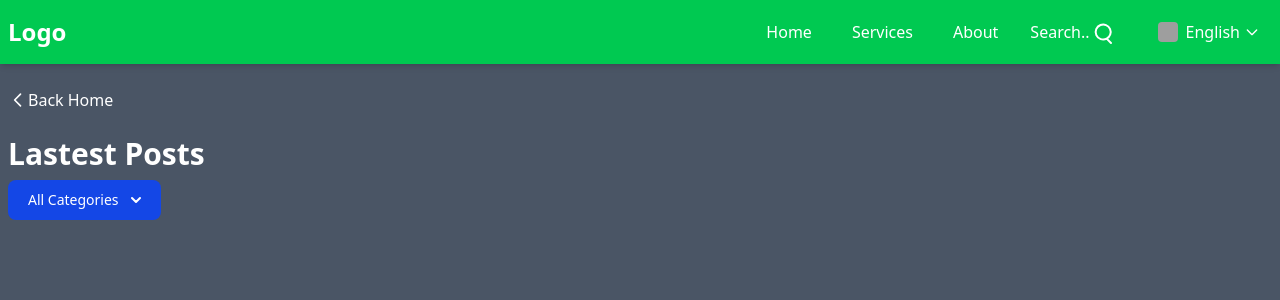
Repository: saroeuntola/we-share
Page: http://localhost/last-post?lang=en
These files come from the project's save history. The page is drawn as it stood at one moment and after the next save; the edit follows.
The browser window is 1280 px wide. The pictures show the whole page.
Pictures or frames that could not be fetched are drawn as grey boxes. The page is run by PHP 8.4 with error messages shown; the project is at /var/www/html/. Style sheets and scripts are compiled from the project's sources, by tool versions that may differ from the author's. Queries for data that is not in the repository find no rows.

Above is the page before, as saved 2025-08-28 19:51:19.

### last-post.php
<?php
include './admin/lib/db.php';
include './admin/lib/post_lib.php';
include './admin/lib/category_lib.php';
include './admin/lib/subcategory_lib.php';

$postModel = new Post();
$categoryModel = new Category();
$subcategoryModel = new Subcategory();

// --- FILTERS ---
$categorySlug = $_GET['category'] ?? null;
$subcategorySlug = $_GET['subcategory'] ?? null;

$categoryId = null;
$subcategoryId = null;
$subcategories = [];

// Get category
if ($categorySlug) {
    $cat = $categoryModel->getCategory($categorySlug);
    $categoryId = $cat['id'] ?? null;

    if ($categoryId) {
        $subcategories = $subcategoryModel->getSubcategoriesByCategory($categoryId);
    }
}

// Get subcategory
if ($subcategorySlug && $categoryId) {
    $sub = $subcategoryModel->getSubcategory($subcategorySlug);
    $subcategoryId = $sub['id'] ?? null;
}

// --- GET POSTS ---
$allPosts = array_filter($postModel->getPosts(), function ($p) use ($categoryId, $subcategoryId) {
    if ($categoryId && $p['category_id'] != $categoryId) return false;
    if ($subcategoryId && $p['subcategory_id'] != $subcategoryId) return false;
    return true;
});

// Sort descending
usort($allPosts, fn($a, $b) => strtotime($b['created_at']) - strtotime($a['created_at']));
?>
<!DOCTYPE html>
<html lang="en">

<head>
    <meta charset="UTF-8">
    <meta name="viewport" content="width=device-width, initial-scale=1.0">
    <title>Lastest Posts</title>
    <link rel="stylesheet" href="./assets/css/output.css">
    <link rel="stylesheet" href="./assets/css/custom.css">
</head>

<body class="bg-gray-600">
    <header class="fixed z-10 w-full" id="header">
        <?php
        include 'head-bar.php'
        ?>
    </header>
    <main class="max-w-7xl m-auto p-2 mt-[80px]">
        <div class="">
            <a href="index?lang=<?= $lang ?>"
                class="inline-flex justify-end items-center text-white hover:text-green-400 transition mb-6 <?= $lang === 'kh' ? 'khmer-font' : '' ?>">
                <!-- Arrow Icon -->
                <svg class="w-5 h-5" fill="none" stroke="currentColor" stroke-width="2"
                    viewBox="0 0 24 24" xmlns="http://www.w3.org/2000/svg">
                    <path stroke-linecap="round" stroke-linejoin="round" d="M15 19l-7-7 7-7" />
                </svg>
                <?= $lang === 'en' ? 'Back Home' : 'ត្រឡប់ទៅទំព័រដើម' ?>
            </a>
            <h1 class="lg:text-3xl text-2xl font-bold text-white">Lastest Posts</h1>

            <!-- CATEGORY FILTER -->
            <div class="relative inline-block mb-4 mt-2">
                <button id="dropdownButton" type="button"
                    class="text-white bg-blue-700 hover:bg-green-600 focus:outline-none focus:ring-blue-300 font-medium rounded-lg text-sm px-5 py-2.5 text-center inline-flex items-center"
                    onclick="toggleDropdown('categoryDropdown')">
                    <?= $categorySlug
                        ? htmlspecialchars($categoryModel->getCategory($categorySlug)['name'])
                        : 'All Categories' ?>
                    <svg class="w-2.5 h-2.5 ms-3" aria-hidden="true" xmlns="http://www.w3.org/2000/svg" fill="none" viewBox="0 0 10 6">
                        <path stroke="currentColor" stroke-linecap="round" stroke-linejoin="round" stroke-width="2" d="m1 1 4 4 4-4" />
                    </svg>
                </button>

                <!-- Dropdown menu -->
                <div id="categoryDropdown" class="absolute z-10 hidden bg-white divide-y divide-gray-100 rounded-lg shadow w-44 mt-2">
                    <ul class="py-2 text-sm text-gray-700">
                        <li>
                            <a href="<?= $_SERVER['PHP_SELF'] ?>" class="block px-4 py-2 hover:bg-gray-100">
                                All Categories
                            </a>
                        </li>
                        <?php foreach ($categoryModel->getCategories() as $catOption): ?>
                            <li>
                                <a href="?category=<?= htmlspecialchars($catOption['slug']) ?>"
                                    class="block px-4 py-2 hover:bg-gray-100">
                                    <?= htmlspecialchars($catOption['name']) ?>
                                </a>
                            </li>
                        <?php endforeach; ?>
                    </ul>
                </div>
            </div>
        </div>
    </main>
    <!-- SUBCATEGORY FILTER -->
    <?php if (!empty($subcategories)): ?>
        <div class="mb-4 flex flex-wrap gap-2 max-w-7xl m-auto px-2">
            <a href="?category=<?= htmlspecialchars($categorySlug) ?>"
                class="px-3 py-1 rounded <?= !$subcategorySlug ? 'bg-green-700 text-white' : 'bg-gray-300 text-gray-800' ?>">
                All Subcategories
            </a>
            <?php foreach ($subcategories as $sub): ?>
                <a href="?category=<?= htmlspecialchars($categorySlug) ?>&subcategory=<?= htmlspecialchars($sub['slug']) ?>"
                    class="px-3 py-1 rounded <?= ($subcategorySlug === $sub['slug']) ? 'bg-green-700 text-white' : 'bg-gray-300 text-gray-800' ?>">
                    <?= htmlspecialchars($sub['name']) ?>
                </a>
            <?php endforeach; ?>
        </div>
    <?php endif; ?>

    <!-- POSTS GRID -->
    <div class="grid grid-cols-2 md:grid-cols-3 lg:grid-cols-4 gap-2 max-w-7xl m-auto px-2">
        <?php foreach ($allPosts as $p):
            $cat = $categoryModel->getCategory($p['category_id']);
            $sub = $p['subcategory_id'] ? $subcategoryModel->getSubcategory($p['subcategory_id']) : null;
        ?>
            <div class="bg-gray-800 rounded-lg shadow-md overflow-hidden">
                <a href="detail.php?slug=<?= htmlspecialchars($p['slug']) ?>&lang=<?= $lang ?>" class=" cursor-pointer">
                    <?php if (!empty($p['image'])): ?>
                        <img src=" ./admin/posts/uploads/<?= htmlspecialchars($p['image']) ?>"
                            alt="<?= htmlspecialchars($p['name']) ?>" class="w-full h-[120px] md:h-[130px] lg:h-[180px] rounded-none">
                    <?php endif; ?>
                    <div class="p-2 text-white">
                        <h2 class="font-semibold lg:text-lg text-[14px]"><?= htmlspecialchars($p['name']) ?></h2>
                        <p class="text-gray-300 text-sm">
                            <?= htmlspecialchars($cat['name'] ?? '') ?>
                            <?= $sub ? ' / ' . htmlspecialchars($sub['name']) : '' ?>
                        </p>
                    </div>
                </a>

            </div>
        <?php endforeach; ?>
    </div>


    <script>
        function toggleDropdown(id) {
            const dropdown = document.getElementById(id);
            dropdown.classList.toggle('hidden');
        }

        // Optional: close dropdown when clicking outside
        window.addEventListener('click', function(e) {
            const dropdown = document.getElementById('categoryDropdown');
            const button = document.getElementById('dropdownButton');
            if (!dropdown.contains(e.target) && !button.contains(e.target)) {
                dropdown.classList.add('hidden');
            }
        });
    </script>
</body>

</html>

### admin/lib/db.php

<?php

function dbConn()
{
   $servername = "localhost";
    $username = "root";
    $password = "";
    $db = "weshare";

    try {
        $conn = new PDO("mysql:host=$servername;dbname=$db", $username, $password);
        $conn->setAttribute(PDO::ATTR_ERRMODE, PDO::ERRMODE_EXCEPTION);
        return $conn;
    } catch (PDOException $e) {
        die("Connection failed: " . $e->getMessage());
    }
}

function dbClose(&$conn)
{
    $conn = null;
}

function dbSelect($table, $column = "*", $criteria = "", $clause = "")
{
    if (empty($table)) return false;

    $sql = "SELECT $column FROM $table";
    if (!empty($criteria)) $sql .= " WHERE $criteria";
    if (!empty($clause)) $sql .= " $clause";

    $conn = dbConn();
    try {
        $stmt = $conn->query($sql);
        $result = $stmt->fetchAll(PDO::FETCH_ASSOC);
        dbClose($conn);
        return $result;
    } catch (PDOException $e) {
        echo "Error in selecting data: " . $e->getMessage();
        return false;
    }
}

function dbInsert($table, $data = array())
{
    if (empty($table) || empty($data)) return false;

    $conn = dbConn();
    $fields = implode(", ", array_keys($data));
    $placeholders = ":" . implode(", :", array_keys($data));
    $sql = "INSERT INTO $table ($fields) VALUES ($placeholders)";

    try {
        $stmt = $conn->prepare($sql);
        $stmt->execute($data);
        dbClose($conn);
        return true;
    } catch (PDOException $e) {
        echo "Error inserting data: " . $e->getMessage();
        return false;
    }
}

function dbUpdate($table, $data = array(), $criteria = "")
{
    if (empty($table) || empty($data) || empty($criteria)) return false;

    $conn = dbConn();
    $setClause = "";
    foreach ($data as $key => $val) {
        $setClause .= "$key = :$key, ";
    }
    $setClause = rtrim($setClause, ", ");
    $sql = "UPDATE $table SET $setClause WHERE $criteria";

    try {
        $stmt = $conn->prepare($sql);
        $stmt->execute($data);
        dbClose($conn);
        return true;
    } catch (PDOException $e) {
        echo "Error updating data: " . $e->getMessage();
        return false;
    }
}

function dbDelete($table, $criteria)
{
    if (empty($table) || empty($criteria)) return false;

    $sql = "DELETE FROM $table WHERE $criteria";
    $conn = dbConn();

    try {
        $stmt = $conn->prepare($sql);
        $stmt->execute();
        dbClose($conn);
        return true;
    } catch (PDOException $e) {
        echo "Error deleting data: " . $e->getMessage();
        return false;
    }
}

function dbCount($table = "", $criteria = "")
{
    if (empty($table)) return false;

    $sql = "SELECT COUNT(*) as count FROM $table";
    if (!empty($criteria)) $sql .= " WHERE $criteria";

    $conn = dbConn();
    try {
        $stmt = $conn->query($sql);
        $result = $stmt->fetch(PDO::FETCH_ASSOC);
        dbClose($conn);
        return $result['count'];
    } catch (PDOException $e) {
        echo "Error counting data: " . $e->getMessage();
        return false;
    }
}

?>

### admin/lib/category_lib.php
<?php
class Category
{
    private $db;
    private $lang;

    public function __construct($lang = 'en')
    {
        $this->db = dbConn();
        $this->lang = in_array($lang, ['en', 'kh']) ? $lang : 'en';
    }

    private function generateSlug($string)
    {
        $slug = strtolower(trim($string));
        $slug = preg_replace('/[^a-z0-9\- ]/', '', $slug);
        $slug = preg_replace('/\s+/', '-', $slug);
        $slug = preg_replace('/-+/', '-', $slug);

        $baseSlug = $slug;
        $i = 1;
        while ($this->slugExists($slug)) {
            $slug = $baseSlug . '-' . $i;
            $i++;
        }
        return $slug;
    }

    private function slugExists($slug)
    {
        $stmt = $this->db->prepare("SELECT COUNT(*) FROM categories WHERE slug = :slug");
        $stmt->execute(['slug' => $slug]);
        return $stmt->fetchColumn() > 0;
    }

    public function createCategory($name_en, $name_kh = null)
    {
        $slug = $this->generateSlug($name_en);
        $stmt = $this->db->prepare("INSERT INTO categories (name, name_kh, slug) VALUES (:name, :name_kh, :slug)");
        return $stmt->execute([
            'name' => $name_en,
            'name_kh' => $name_kh,
            'slug' => $slug
        ]);
    }

    // GET all categories
    public function getCategories()
    {
        $sql = "SELECT *,
                CASE WHEN :lang = 'kh' THEN name_kh ELSE name END AS name
                FROM categories
                ORDER BY name ASC";
        $stmt = $this->db->prepare($sql);
        $stmt->bindValue(':lang', $this->lang, PDO::PARAM_STR);
        $stmt->execute();
        return $stmt->fetchAll(PDO::FETCH_ASSOC);
    }

    // GET category by ID or slug
    public function getCategory($identifier)
    {
        if (is_numeric($identifier)) {
            $sql = "SELECT *,
                    CASE WHEN :lang = 'kh' THEN name_kh ELSE name END AS name
                    FROM categories
                    WHERE id = :id
                    LIMIT 1";
            $stmt = $this->db->prepare($sql);
            $stmt->bindValue(':id', $identifier, PDO::PARAM_INT);
        } else {
            $sql = "SELECT *,
                    CASE WHEN :lang = 'kh' THEN name_kh ELSE name END AS name
                    FROM categories
                    WHERE slug = :slug
                    LIMIT 1";
            $stmt = $this->db->prepare($sql);
            $stmt->bindValue(':slug', $identifier, PDO::PARAM_STR);
        }
        $stmt->bindValue(':lang', $this->lang, PDO::PARAM_STR);
        $stmt->execute();
        return $stmt->fetch(PDO::FETCH_ASSOC);
    }

    public function updateCategory($id, $newName_en, $newName_kh = null)
    {
        $slug = $this->generateSlug($newName_en);
        $stmt = $this->db->prepare("
            UPDATE categories SET
                name = :name_en,
                name_kh = :name_kh,
                slug = :slug

            WHERE id = :id
        ");
        return $stmt->execute([
            'name_en' => $newName_en,
            'name_kh' => $newName_kh,
            'slug' => $slug,
            'id' => $id
        ]);
    }

    public function deleteCategory($id)
    {
        $stmt = $this->db->prepare("DELETE FROM categories WHERE id = :id");
        return $stmt->execute(['id' => $id]);
    }

    public function deleteCatBySlug($slug)
    {
        $stmt = $this->db->prepare("DELETE FROM categories WHERE slug = :slug");
        return $stmt->execute(['slug' => $slug]);
    }
}

### admin/lib/subcategory_lib.php
<?php
class Subcategory
{
    private $db;
    private $lang;

    public function __construct($lang = 'en')
    {
        $this->db = dbConn();
        $this->lang = in_array($lang, ['en', 'kh']) ? $lang : 'en';
    }

    // GET all subcategories
    public function getAllSubcategory($lang = 'en')
    {
        $lang = in_array($lang, ['en', 'kh']) ? $lang : 'en';

        $sql = "SELECT s.*,
                   CASE WHEN :lang = 'kh' THEN s.name_kh ELSE s.name END AS name,
                   c.name AS category_name
            FROM subcategories s
            INNER JOIN categories c ON s.category_id = c.id";

        $stmt = $this->db->prepare($sql);
        $stmt->bindValue(':lang', $lang, PDO::PARAM_STR);
        $stmt->execute();

        return $stmt->fetchAll(PDO::FETCH_ASSOC);
    }


    private function generateSlug($string)
    {
        $slug = strtolower(trim($string));
        $slug = preg_replace('/[^a-z0-9\- ]/', '', $slug);
        $slug = preg_replace('/\s+/', '-', $slug);
        $slug = preg_replace('/-+/', '-', $slug);

        $baseSlug = $slug;
        $i = 1;
        while ($this->slugExists($slug)) {
            $slug = $baseSlug . '-' . $i;
            $i++;
        }
        return $slug;
    }

    private function slugExists($slug)
    {
        $stmt = $this->db->prepare("SELECT COUNT(*) FROM subcategories WHERE slug = :slug");
        $stmt->execute(['slug' => $slug]);
        return $stmt->fetchColumn() > 0;
    }

    // CREATE subcategory
    public function createSubcategory($category_id, $name_en, $name_kh = null, $added_by = null)
    {
        $slug = $this->generateSlug($name_en);
        $stmt = $this->db->prepare("
            INSERT INTO subcategories (category_id, name, name_kh, slug, added_by)
            VALUES (:category_id, :name_en, :name_kh, :slug, :added_by)
        ");
        return $stmt->execute([
            'category_id' => $category_id,
            'name_en' => $name_en,
            'name_kh' => $name_kh,
            'slug' => $slug,
            'added_by' => $added_by
        ]);
    }

    // GET subcategories by category ID
    public function getSubcategoriesByCategory($category_id)
    {
        $sql = "SELECT *,
                CASE WHEN :lang = 'kh' THEN name_kh ELSE name END AS name
                FROM subcategories
                WHERE category_id = :category_id
                ORDER BY name ASC";
        $stmt = $this->db->prepare($sql);
        $stmt->bindValue(':category_id', $category_id, PDO::PARAM_INT);
        $stmt->bindValue(':lang', $this->lang, PDO::PARAM_STR);
        $stmt->execute();
        return $stmt->fetchAll(PDO::FETCH_ASSOC);
    }

    // GET subcategories by category slug
    public function getSubcategoriesByCategorySlug($category_slug)
    {
        $sql = "SELECT s.*,
                CASE WHEN :lang = 'kh' THEN s.name_kh ELSE s.name END AS name
                FROM subcategories s
                INNER JOIN categories c ON s.category_id = c.id
                WHERE c.slug = :slug
                ORDER BY s.name ASC";
        $stmt = $this->db->prepare($sql);
        $stmt->bindValue(':slug', $category_slug, PDO::PARAM_STR);
        $stmt->bindValue(':lang', $this->lang, PDO::PARAM_STR);
        $stmt->execute();
        return $stmt->fetchAll(PDO::FETCH_ASSOC);
    }

    // GET single subcategory by ID or slug
    public function getSubcategory($identifier)
    {
        if (is_numeric($identifier)) {
            $sql = "SELECT *,
                    CASE WHEN :lang = 'kh' THEN name_kh ELSE name END AS name
                    FROM subcategories
                    WHERE id = :id
                    LIMIT 1";
            $stmt = $this->db->prepare($sql);
            $stmt->bindValue(':id', $identifier, PDO::PARAM_INT);
        } else {
            $sql = "SELECT *,
                    CASE WHEN :lang = 'kh' THEN name_kh ELSE name END AS name
                    FROM subcategories
                    WHERE slug = :slug
                    LIMIT 1";
            $stmt = $this->db->prepare($sql);
            $stmt->bindValue(':slug', $identifier, PDO::PARAM_STR);
        }

        $stmt->bindValue(':lang', $this->lang, PDO::PARAM_STR);
        $stmt->execute();
        return $stmt->fetch(PDO::FETCH_ASSOC);
    }

    // UPDATE subcategory
    public function updateSubcategory($identifier, $newName_en = null, $newName_kh = null, $newCategoryId = null, $newAdded_by = null)
    {
        $sub = $this->getSubcategory($identifier);
        if (!$sub) return false;

        $slug = $newName_en ? $this->generateSlug($newName_en) : $sub['slug'];

        $sql = "UPDATE subcategories SET name = :name_en, name_kh = :name_kh, slug = :slug";
        $params = [
            'name_en' => $newName_en ?? $sub['name'],
            'name_kh' => $newName_kh ?? $sub['name_kh'],
            'slug' => $slug,
            'id' => $sub['id']
        ];

        if ($newCategoryId !== null) {
            $sql .= ", category_id = :category_id";
            $params['category_id'] = $newCategoryId;
        }

        if ($newAdded_by !== null) {
            $sql .= ", added_by = :added_by";
            $params['added_by'] = $newAdded_by;
        }

        $sql .= " WHERE id = :id";
        $stmt = $this->db->prepare($sql);
        return $stmt->execute($params);
    }

    // DELETE subcategory
    public function deleteSubcategory($identifier)
    {
        $sub = $this->getSubcategory($identifier);
        if (!$sub) return false;

        $stmt = $this->db->prepare("DELETE FROM subcategories WHERE id = :id");
        return $stmt->execute(['id' => $sub['id']]);
    }
}

### assets/css/custom.css
#header {
  top: 0;
}

.khmer-font-nav{
    font-family: "Moul", serif;
    font-weight: 400;
    font-style: normal;
    font-size: 14px;
}

    .khmer-font {
        font-family: "Battambang", system-ui;
        font-weight: 100;
        font-style: normal;
        font-size: 14px;
    }
    .khmer-font-kulen{
       font-family: "Koulen", sans-serif;
  font-weight: 400;
  font-style: normal;
  font-size: 17px;
    }

Loaded but not shown: assets/css/input.css (common file); head-bar.php (327 lines, source omitted); admin/lib/post_lib.php (349 lines, source omitted)

After the next save:
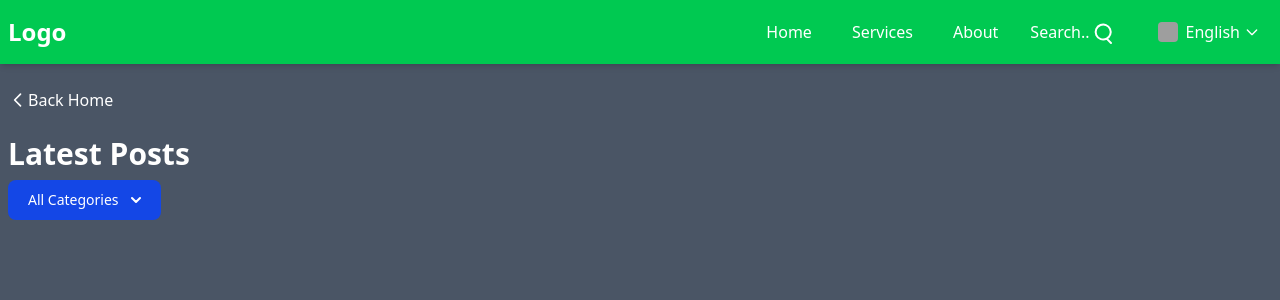
Saved 47 s later.
--- a/last-post.php
+++ b/last-post.php
@@ -70,7 +70,7 @@ usort($allPosts, fn($a, $b) => strtotime($b['created_at']) - strtotime($a['creat
                 </svg>
                 <?= $lang === 'en' ? 'Back Home' : 'ត្រឡប់ទៅទំព័រដើម' ?>
             </a>
-            <h1 class="lg:text-3xl text-2xl font-bold text-white">Lastest Posts</h1>
+            <h1 class="lg:text-3xl text-2xl font-bold text-white"><?= $lang === 'en' ? 'Latest Posts' : 'ការបង្ហោះថ្មីៗ' ?></h1>
 
             <!-- CATEGORY FILTER -->
             <div class="relative inline-block mb-4 mt-2">
